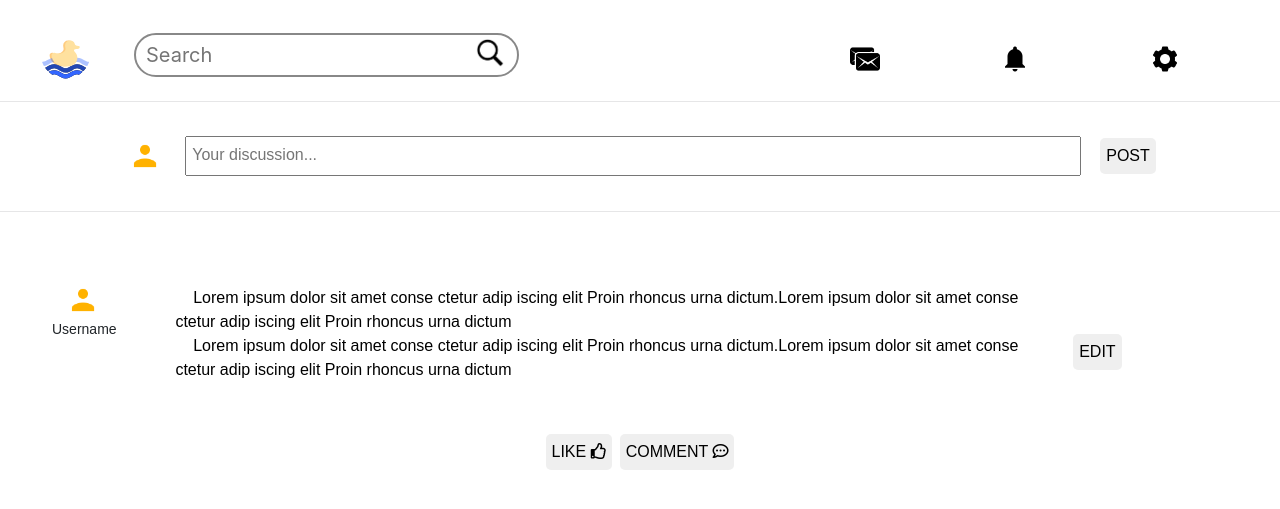
Repository: AOY311/DuckEdu
Page: discusion.html
The author's editor kept a copy of each file at every save. The page is drawn from the files as they stood at one save, then again after the next save.
The browser window is 1280 px wide. The pictures show the whole page.
Some web libraries are served in a nearby version.

Above is the page before, as saved 2021-10-23 23:28:57.
Not found: comment.css

### discusion.html
<!DOCTYPE html>
<html lang="en">

<head>
    <meta charset="UTF-8" />
    <meta http-equiv="X-UA-Compatible" content="IE=edge" />
    <meta name="viewport" content="width=device-width, initial-scale=1.0" />
    <title>Comment</title>
    <link rel="stylesheet" href="comment.css" />

    <script src="https://kit.fontawesome.com/a0a7c0f0d8.js" crossorigin="anonymous"></script>

    <link rel="stylesheet" href="https://stackpath.bootstrapcdn.com/bootstrap/4.1.3/css/bootstrap.min.css" />
    <link rel="stylesheet" href="https://use.fontawesome.com/releases/v5.3.1/css/all.css" />
    <script src="https://cdnjs.cloudflare.com/ajax/libs/jquery/3.3.1/jquery.min.js"></script>
    <script src="https://stackpath.bootstrapcdn.com/bootstrap/4.1.3/js/bootstrap.min.js"></script>
    <link rel="stylesheet" href="CSS/toolbar.css">
    <style>
        .disc {
            margin-bottom: 100px;
            padding: 0;
            font-family: sans-serif;
        }

        .img-avt {
            width: 50px;
            padding: 10px;
        }

        .ip-disc {
            height: 40px;
            padding: 6px;
            margin: 10px 15px;
            width: 70%;
            outline: none;
            resize: none;
            max-height: 200px;
        }

        .ip-disc::-webkit-scrollbar {
            display: none;
        }

        .btn {
            padding: 6px;
            width: fit-content;
            cursor: pointer;
            border-radius: 5px;
            transition: 0.25s;
            margin: 0 4px;
            outline: none;
            border: none;
        }

        .btn:hover {
            background-color: rgb(190, 190, 190);
        }

        .btn-like:hover {
            background-color: #74b9ff;
        }

        .btn-cmt:hover {
            background-color: #55efc4;
        }

        .body-disc {
            padding: 8px;
            margin-top: 11px;
            display: flex;
            flex-direction: column;
            justify-content: center;
            align-items: center;
        }

        .posted-disc {
            max-width: 1309px;
        }

        .ur-new-cmt {
            display: flex;
            flex-direction: column;
        }

        .posted-disc,
        .ur-new-cmt,
        .oth-cmted {
            display: flex;
            align-items: center;
            width: 100%;
            text-align: justify;
            justify-content: center;
            position: relative;
            margin-top: 40px;
        }

        .line-disc {
            padding: 6px;
            width: 70%;
            margin: 10px 15px;
            outline: none;
            resize: none;
            border: none;
        }

        .line-disc::-webkit-scrollbar {
            display: none;
        }

        .disc-react {
            text-align: center;
            display: flex;
            justify-content: center;
        }

        .username {
            position: absolute;
            top: 5px;
            left: 50px;
        }

        .username::after {
            content: "Username";
            position: absolute;
            top: 80%;
            left: -10px;
            font-size: 14px;
            padding: 4px;
        }

        .cmt-in-cmt {
            padding: 20px 40px;
            position: relative;
            display: flex;
            flex-direction: row;
            width: 100%;
            padding-left: 10%;
        }

        textarea[readonly="true"] {
            height: fit-content;
        }

        .error_ms {
            display: block;
        }

        #dis_checkIp {
            margin-left: 150px;
            margin-top: -2%;
            color: red;
            display: none;
        }

        #com_checkIp {
            margin-left: 150px;
            color: red;
            display: none;
        }

        #container-discusion {
            width: 1309px;
        }

        .header-disc {
            display: flex;
            align-items: center;
            justify-content: center;
            padding-bottom: 25px;
            padding-top: 25px;
            box-shadow: rgba(17, 17, 26, 0.1) 0px 1px 0px;
        }

        .active-like {
            background-color: #74b9ff;
            color: #fff;
        }

        .active-cmt {
            background-color: #55efc4;
            color: #fff;
        }
    </style>
</head>

<body onload="hide_comment()">
    <div class="header">
        <nav class="header-contener">
            <div class="contener">
                <div class="side-left">
                    <span>
                        <a href="home.jsp" class="logo"><img id="logo_home" src="img/logo.svg" alt="logo"></a>
                         <div id="DuckEdu">
                             DUCK EDU
                         </div>
                    </span>
                    <span>
                        <div class="search">
                            <form action="#" method="GET">
                                <button class="icon btn-search " id="searchIcon" type="submit"><img src="./img/search.png" alt=""></button>
                                <input type="text" id="searchInput" placeholder="Search">
                            </form>
                            <div class="list-result-search">
                                <div class="result-search" id="a1" role="button" ><data>abcabcabcabcabcabcabcabcabcabcabcabcabcabcabcabc</data></div>
                                <div class="result-search" id="a2" role="button" >abc</div>
                                <div class="result-search" id="a3" role="button" >abc</div>
                                <div class="result-search" id="a4" role="button" >abc</div>
                                <div class="result-search" id="a5" role="button" >abc</div>
                                <div class="result-search" id="a6" role="button" >abc</div>
                            </div>
                        </div>
                    </span>
                </div>
                <div class="side-right">
                    <div class="option">
                        <nav>
                            <ul class="header_ul">
                                <li><img class="icon" src="img/message.png" alt="">
                                    <ul class="drop">
                                        <a href="message.html">
                                            <li>
                                                <img style="width: 25px; padding-right: 10px;" src="https://www.gravatar.com/avatar/205e460b479e2e5b48aec07710c08d50" /> some thing content there, Im handsome guy
                                            </li>
                                        </a>
                                        <a href="message.html">
                                            <li>
                                                <img style="width: 25px; padding-right: 10px;" src="https://www.gravatar.com/avatar/205e460b479e2e5b48aec07710c08d50" /> some thing content there, Im handsome guy
                                            </li>
                                        </a>

                                    </ul>
                                </li>
                                <li><img class="icon" src="img/bell.png" alt="">
                                    <ul class="drop">
                                        <li>
                                            <img style="width: 25px; padding-right: 10px;" src="https://www.gravatar.com/avatar/205e460b479e2e5b48aec07710c08d50" /> some thing content there, Im handsome guy
                                        </li>
                                    </ul>
                                </li>
                                <li><img class="icon" src="img/setting.png" alt="">
                                    <ul class="drop setting">
                                        <a style="width: 100%;" href="user.jsp">
                                            <li>
                                                <img style="width: 25px; padding-right: 10px;" src="https://www.gravatar.com/avatar/205e460b479e2e5b48aec07710c08d50" /> User
                                            </li>
                                        </a>
                                        <a style="width: 100%;" href="setting.jsp">
                                            <li>
                                                Setting page
                                            </li>
                                        </a>
                                        <li>
                                            Logout
                                        </li>
                                    </ul>
                                </li>
                            </ul>
                        </nav>
                    </div>
                </div>
            </div>
        </nav>
    </div>
    <div class="disc" id="disc-id">
        <!-- Your Input to Disscussion -->
        <div class="header-disc">
            <img src="./img/avt.png" alt="avatar" class="img-avt" />
            <textarea placeholder="Your discussion..." class="ip-disc" id="post-discusion-value"></textarea>
            <button type="submit" class="btn btn-post" id="post-discusion" onclick="postDiscusion()">
            POST
          </button>
        </div>
        <p id="dis_checkIp">INVALID</p>

        <!-- Body Disscussion -->
        <div class="body-disc">
            <!-- add div right there -->
            <div id="container-discusion"></div>
            <!-- posted disscussion -->
            <div class="posted-disc" id="test_id_2">
                <div class="username">
                    <img src="./img/avt.png" alt="avatar" class="img-avt" />
                </div>
                <textarea class="line-disc" id="test_id" readonly>
    Lorem ipsum dolor sit amet conse ctetur adip iscing elit Proin rhoncus urna dictum.Lorem ipsum dolor sit amet conse ctetur adip iscing elit Proin rhoncus urna dictum
    Lorem ipsum dolor sit amet conse ctetur adip iscing elit Proin rhoncus urna dictum.Lorem ipsum dolor sit amet conse ctetur adip iscing elit Proin rhoncus urna dictum
            </textarea>
                <button class="btn btn-edit" id="test_id_1" onclick="edit(this.id)">
              EDIT
            </button>
            </div>
            <div class="disc-react" id="post-form">
                <button class="btn btn-like">
              LIKE <i class="far fa-thumbs-up"></i>
            </button>
                <button class="btn btn-cmt" onclick="hide_comment()">
              COMMENT <i class="far fa-comment-dots"></i>
            </button>
            </div>

            <!-- Cmt in another post -->
            <div class="cmt-in-cmt" id="myDIV">
                <div class="ur-new-cmt">
                    <div class="username">
                        <img src="./img/avt.png" alt="avatar" class="img-avt" />
                    </div>
                    <textarea placeholder="Your discussion..." class="ip-disc" id="post-comment-value"></textarea>
                    <button type="submit" class="btn btn-post" id="post-comment" onclick="postComment()">
                POST
              </button>
                </div>
                <p id="com_checkIp">INVALID</p>

                <div id="container-comment"></div>

                <div class="oth-cmted">
                    <div class="username">
                        <img src="./img/avt.png" alt="avatar" class="img-avt img-oth" />
                    </div>
                    <textarea class="line-disc" readonly>
    Lorem ipsum dolor sit amet conse ctetur adip iscing elit Proin rhonc us urna dictum
                </textarea>
                    <button class="btn btn-like">
                LIKE <i class="far fa-thumbs-up"></i>
              </button>
                </div>
                <!-- <div class="disc-react">
              </div> -->
            </div>
        </div>
    </div>

    <script>
        const textarea = document.querySelectorAll("textarea");
        textarea.forEach((element) => {
            element.addEventListener("keydown", (e) => {
                element.style.height = "40px";
                let scHeight = e.target.scrollHeight;
                element.style.height = `${scHeight}px`;
            });
        });

        function resetArea(element) {
            element.style.height = "40px";

        }
        window.onload = function() {
            hide_comment();
        };

        function hide_comment() {
            var x = document.getElementById("myDIV");
            if (x.style.display === "none") {
                x.style.display = "block";
            } else {
                x.style.display = "none";
            }
        }

        function autoheight() {
            $(".line-disc").each(function() {
                $(this).height(this.scrollHeight);
            });
        }

        $(document).ready(function() {
            autoheight();
        });

        function postDiscusion() {
            var ms = document.getElementById("dis_checkIp");
            var textarea = document.getElementById("post-discusion-value");
            var result = textarea.value;
            if (!result.trim() == "") {
                ms.style.display = "none";

                jQuery("#container-discusion").append(
                    '<div class="posted-disc"><div class="username"><img src="./img/avt.png" alt="avatar" class="img-avt" /></div>' +
                    '<textarea class="line-disc" readonly>' +
                    result +
                    "</textarea>" +
                    '<button class="btn btn-edit">EDIT</button></div><div class="disc-react"><button class="btn btn-like">LIKE <i class="far fa-thumbs-up"></i></button><button class="btn btn-cmt" onclick="hide_comment()">COMMENT <i class="far fa-comment-dots"></i></button></div>'
                );
                autoheight();
            } else {
                ms.style.display = "block";
            }

            textarea.value = "";
            resetArea(textarea);
            //clean text area when submit
        }

        function postComment() {
            var ms = document.getElementById("com_checkIp");

            var textarea = document.getElementById("post-comment-value");
            var result = textarea.value;
            if (!result.trim() == "") {
                ms.style.display = "none";

                jQuery("#container-comment").append(
                    '<div class="oth-cmted"><div class="username"><img src="./img/avt.png" alt="avatar" class="img-avt img-oth" /></div>' +
                    '<textarea  class="line-disc" readonly>' +
                    result +
                    "</textarea>" +
                    '<button class="btn btn-like">LIKE <i class="far fa-thumbs-up"></i></div>'
                );
                autoheight();
            } else {
                ms.style.display = "block";
            }
            textarea.value = ""; //clean text area when submit
            resetArea(textarea);

        }

        function edit() {
            var elem = document.getElementById("test_id_1");
            if (elem.innerHTML == "EDIT") {
                elem.innerHTML = "DONE";
                var area = document.getElementById("test_id");
                area.readOnly = false;
                area.style.borderStyle = "solid";


            } else {
                elem.innerHTML = "EDIT";
                var area = document.getElementById("test_id");
                area.readOnly = true;
                area.style.borderStyle = "none";
            }
        }
        $(document).ready(function() {
            $(".btn-like").click(function() {
                $(this).toggleClass("active-like");
            });
        });

        $(document).ready(function() {
            $(".btn-cmt").click(function() {
                $(this).toggleClass("active-cmt");
            });
        });
    </script>
</body>

</html>

### CSS/toolbar.css
.header {
    height: 101px;
}

.header-contener {
    position: fixed;
    z-index: 10;
    top: 0px;
    width: 100%;
    padding: 10px 20px;
    background: white;
    box-shadow: rgba(17, 17, 26, 0.1) 0px 1px 0px;
}

.contener {
    height: 100%;
    display: flex;
    box-sizing: border-box;
    justify-content: space-between;
    align-items: center;
    flex-direction: row;
    min-width: auto;
    margin: 0 auto;
    padding-right: 20px;
    padding-left: 20px;
    max-width: 1240px;
}

#logo_home {
    width: 50px;
    left: 39px;
    top: 8px;
    margin-right: 5px;
}

.icon {
    width: 30px;
    height: 30px;
}

#searchIcon>img {
    position: absolute;
    width: 30px;
    height: 30px;
    left: 375px;
    top: 20px;
}

#searchInput {
    box-sizing: content-box;
    height: 40px;
    width: 325px;
    padding: 0 46px 0 10px;
    border-color: #888;
    border-radius: 35px;
    border-style: solid;
    border-width: 2px;
    margin-top: 15px;
    color: #333;
    font-size: 20px;
    -webkit-appearance: none;
    -moz-appearance: none;
}

#searchInput:focus {
    border: 0px;
}

.search {
    display: inline-block;
    align-items: center;
    position: relative;
}

.btn-search {
    background-color: transparent;
    border: none;
    color: none;
    cursor: pointer;
}

.button-38 {
    background-color: #FFFFFF;
    border: 0;
    border-radius: .5rem;
    box-sizing: border-box;
    color: #111827;
    font-family: "Inter var", ui-sans-serif, system-ui, -apple-system, system-ui, "Segoe UI", Roboto, "Helvetica Neue", Arial, "Noto Sans", sans-serif, "Apple Color Emoji", "Segoe UI Emoji", "Segoe UI Symbol", "Noto Color Emoji";
    font-size: .875rem;
    font-weight: 600;
    line-height: 1.25rem;
    padding: .75rem 1rem;
    text-align: center;
    text-decoration: none #D1D5DB solid;
    text-decoration-thickness: auto;
    box-shadow: 0 1px 3px 0 rgba(0, 0, 0, 0.1), 0 1px 2px 0 rgba(0, 0, 0, 0.06);
    cursor: pointer;
    -webkit-user-select: none;
    user-select: none;
    touch-action: manipulation;
}

.button-38:hover {
    background-color: rgb(249, 250, 251);
}

.button-38:focus {
    outline: 2px solid transparent;
    outline-offset: 2px;
}

.button-38:focus-visible {
    box-shadow: none;
}

.side-right span:not(:first-child) {
    margin-left: 10px;
}

ul .drop {
    background: none;
    list-style: none;
    padding: 0;
    margin: 0;
    display: inline-block;
    border-radius: 5px;
}

.header_ul>ul li {
    padding: 0 10px;
}

.header_ul li {
    display: flex;
    align-items: center;
    justify-content: center;
}

.header_ul>li {
    list-style: none;
    float: left;
    width: 150px;
    height: 65px;
    line-height: 65px;
    position: relative;
    font-size: 14px;
    color: rgba(0, 0, 0, 0.7);
    cursor: pointer;
}

.setting a {
    cursor: pointer;
}

ul.drop {
    position: absolute;
    top: 100%;
    left: 0%;
    width: 100%;
    padding: 0;
    border-radius: 0px;
}

ul.drop li {
    display: none;
    text-align: left;
    width: 150px;
    margin: 0px;
    background: white;
    border-radius: 0px;
    align-items: center;
    position: relative;
    white-space: nowrap;
    overflow: hidden !important;
    text-overflow: ellipsis;
}

ul.drop li:hover {
    background: rgb(235, 234, 234);
}

.setting {
    background: rgb(80, 150, 255) !important;
    border-radius: 0px;
}

ul.drop {
    border-radius: 0px 0px 5px 5px;
    overflow: hidden;
}

li:hover {
    background: rgba(218, 216, 216, 0.3);
    border-radius: 5px 5px 0 0;
}

li:hover>ul.drop li {
    display: block;
    z-index: 10;
}

ul.setting li {
    background: rgb(109, 189, 255);
    display: none;
}

ul.drop.setting li:hover {
    background: rgb(86, 154, 255);
    color: white;
}

@media only screen and (max-width: 500px) {
    .option {
        float: left;
    }
}

#DuckEdu {
    display: none;
}

.side-left span:hover>#DuckEdu {
    display: inline-block;
    -webkit-animation: tracking-in-expand 0.7s cubic-bezier(0.215, 0.610, 0.355, 1.000) both;
    animation: tracking-in-expand 0.7s cubic-bezier(0.215, 0.610, 0.355, 1.000) both;
}

.tracking-in-expand {
    -webkit-animation: tracking-in-expand 0.7s cubic-bezier(0.215, 0.610, 0.355, 1.000) both;
    animation: tracking-in-expand 0.7s cubic-bezier(0.215, 0.610, 0.355, 1.000) both;
}

.list-result-search {
    display: none;
    position: absolute;
    width: 100%;
    flex-direction: column;
    background: transparent;
    /* display: flex; */
    align-items: center;
    justify-content: center;
}

.result-search {
    width: 75%;
    height: 50px;
    background: white;
    padding: 5px;
    border: 1px solid;
    display: flex;
    align-items: center;
    justify-content: left;
}

.result-search:hover {
    background: #D1D5DB;
}

.result-search data {
    white-space: nowrap;
    overflow: hidden !important;
    text-overflow: ellipsis;
}


/* ----------------------------------------------
 * Generated by Animista on 2021-10-16 23:8:53
 * Licensed under FreeBSD License.
 * See http://animista.net/license for more info.
 * w: http://animista.net, t: @cssanimista
 * ---------------------------------------------- */


/**
 * ----------------------------------------
 * animation tracking-in-expand
 * ----------------------------------------
 */

@-webkit-keyframes tracking-in-expand {
    0% {
        letter-spacing: -0.5em;
        opacity: 0;
    }
    40% {
        opacity: 0.6;
    }
    100% {
        opacity: 1;
    }
}

@keyframes tracking-in-expand {
    0% {
        letter-spacing: -0.5em;
        opacity: 0;
    }
    40% {
        opacity: 0.6;
    }
    100% {
        opacity: 1;
    }
}

After the next save:
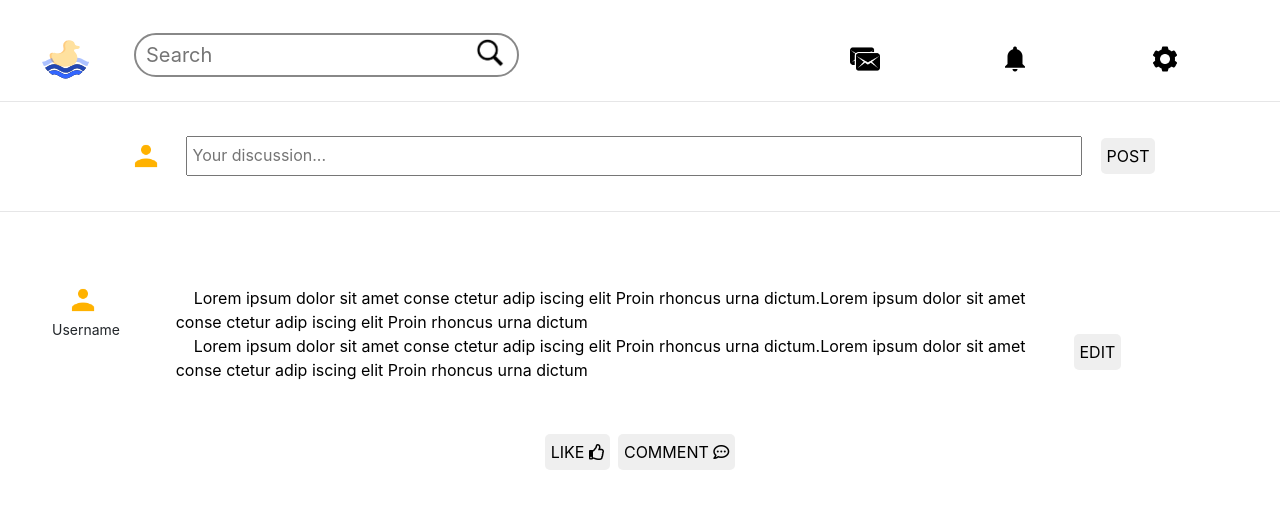
Saved 90 s later.
--- a/discusion.html
+++ b/discusion.html
@@ -261,8 +261,9 @@
             </div>
         </nav>
     </div>
-    <div class="disc" id="disc-id">
-        <!-- Your Input to Disscussion -->
+    <!-- <div class="disc" id="disc-id"></div> -->
+    <!-- Your Input to Disscussion -->
+    <div class="disc-contener">
         <div class="header-disc">
             <img src="./img/avt.png" alt="avatar" class="img-avt" />
             <textarea placeholder="Your discussion..." class="ip-disc" id="post-discusion-value"></textarea>

After the save that followed:
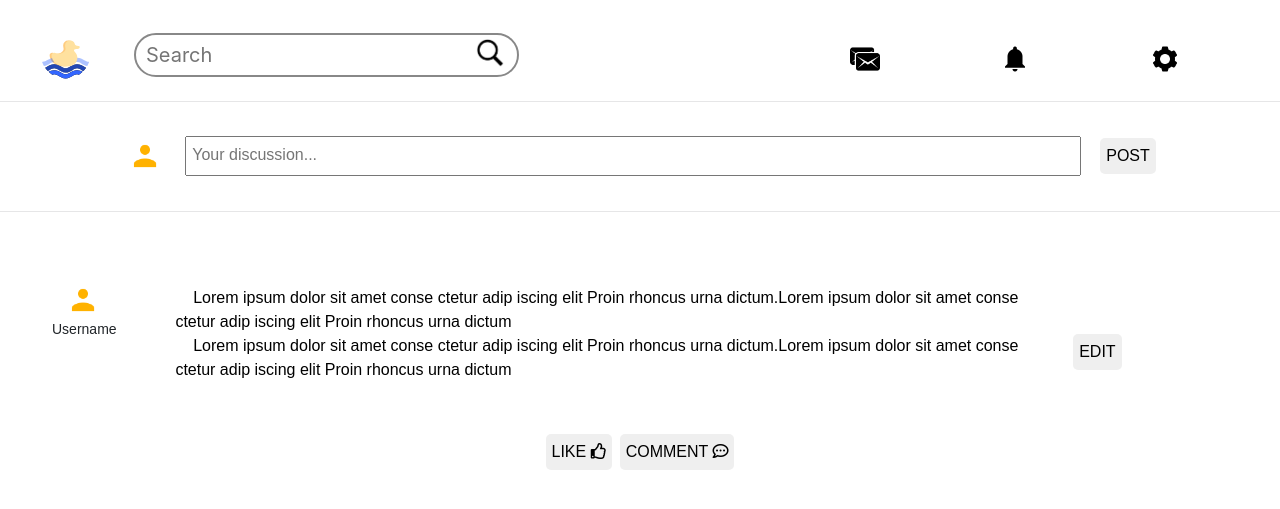
Saved 21 s later.
--- a/discusion.html
+++ b/discusion.html
@@ -261,9 +261,9 @@
             </div>
         </nav>
     </div>
-    <!-- <div class="disc" id="disc-id"></div> -->
-    <!-- Your Input to Disscussion -->
-    <div class="disc-contener">
+    <div class="disc" id="disc-id">
+        <!-- Your Input to Disscussion -->
+        <!-- <div class="disc-contener"></div> -->
         <div class="header-disc">
             <img src="./img/avt.png" alt="avatar" class="img-avt" />
             <textarea placeholder="Your discussion..." class="ip-disc" id="post-discusion-value"></textarea>
